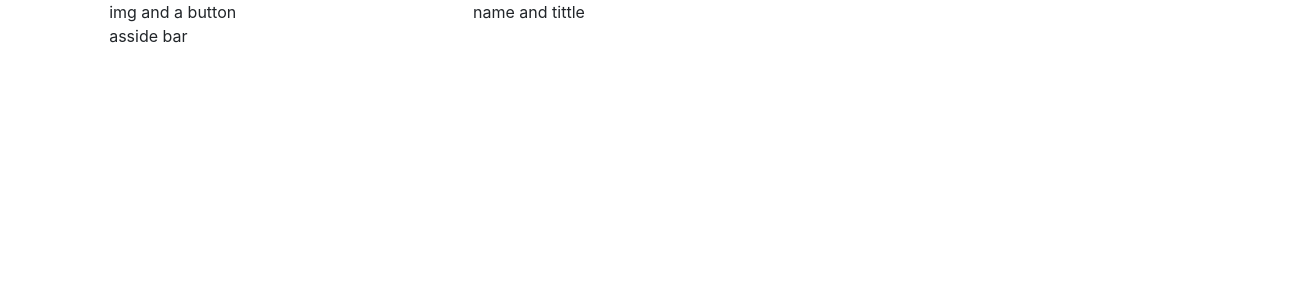
Repository: Kamicoda/Portfolio
Page: index.html
The author's editor kept a record of every edit. The page is drawn from the files as they stood at one moment, then again after the next edit.
The browser window is 1280 px wide. The page is 1295 px wide, so the pictures cover 1295 px, including what lies to the right of the window. The pictures show the whole page.
Some web libraries are served in a nearby version.

Above is the page before.
Not found: assets/js/script.js

After the next edit:
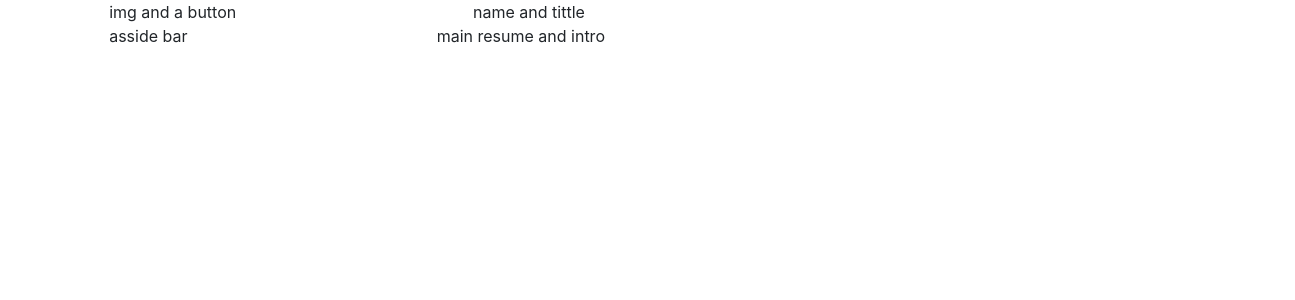
The edit:
--- a/index.html
+++ b/index.html
@@ -64,7 +64,9 @@
             asside bar
         </div>
 
-        <div class="col-7"></div>
+        <div class="col-7">
+            main resume and intro
+        </div>
 
         <div class="col-1"></div>
 
